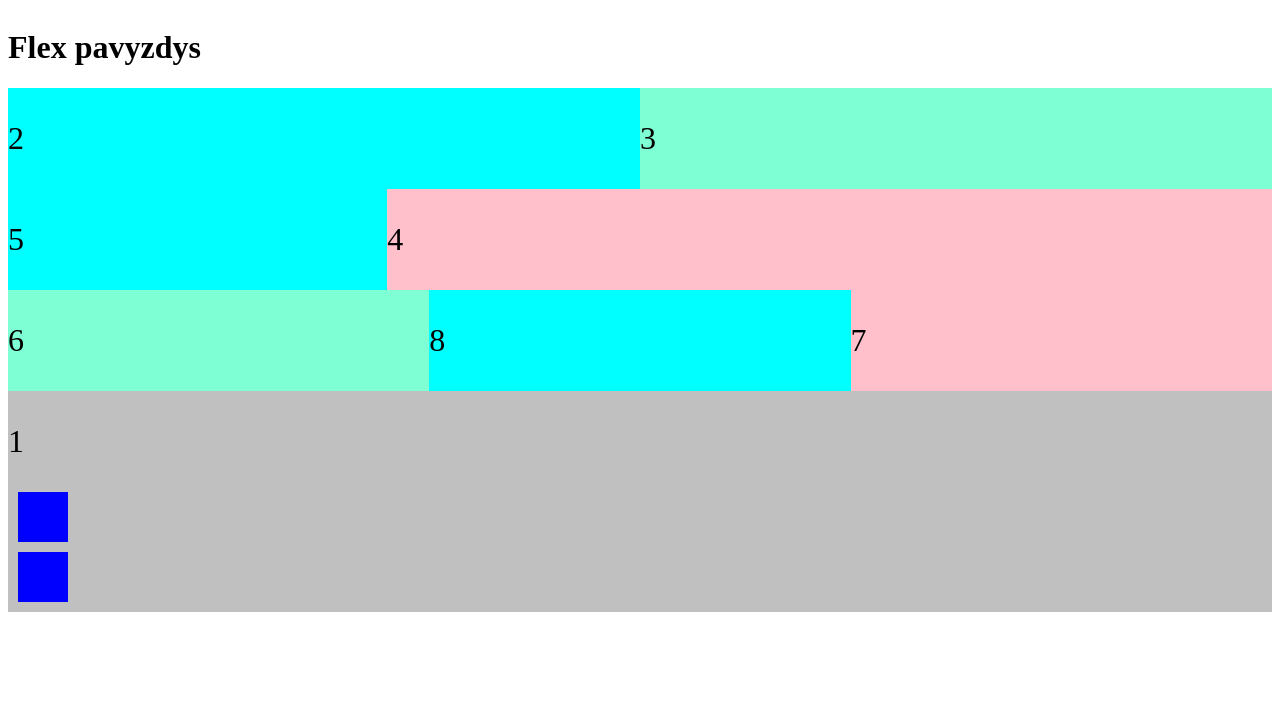
Repository: motiejus1/06-paskaita-invest
Page: index.html
The author's editor kept a copy of each file at every save. The page is drawn from the files as they stood at one save, then again after the next save.
The browser window is 1280 px wide. The pictures show the whole page.

Above is the page before, as saved 2021-06-09 20:08:11.

After the next save:
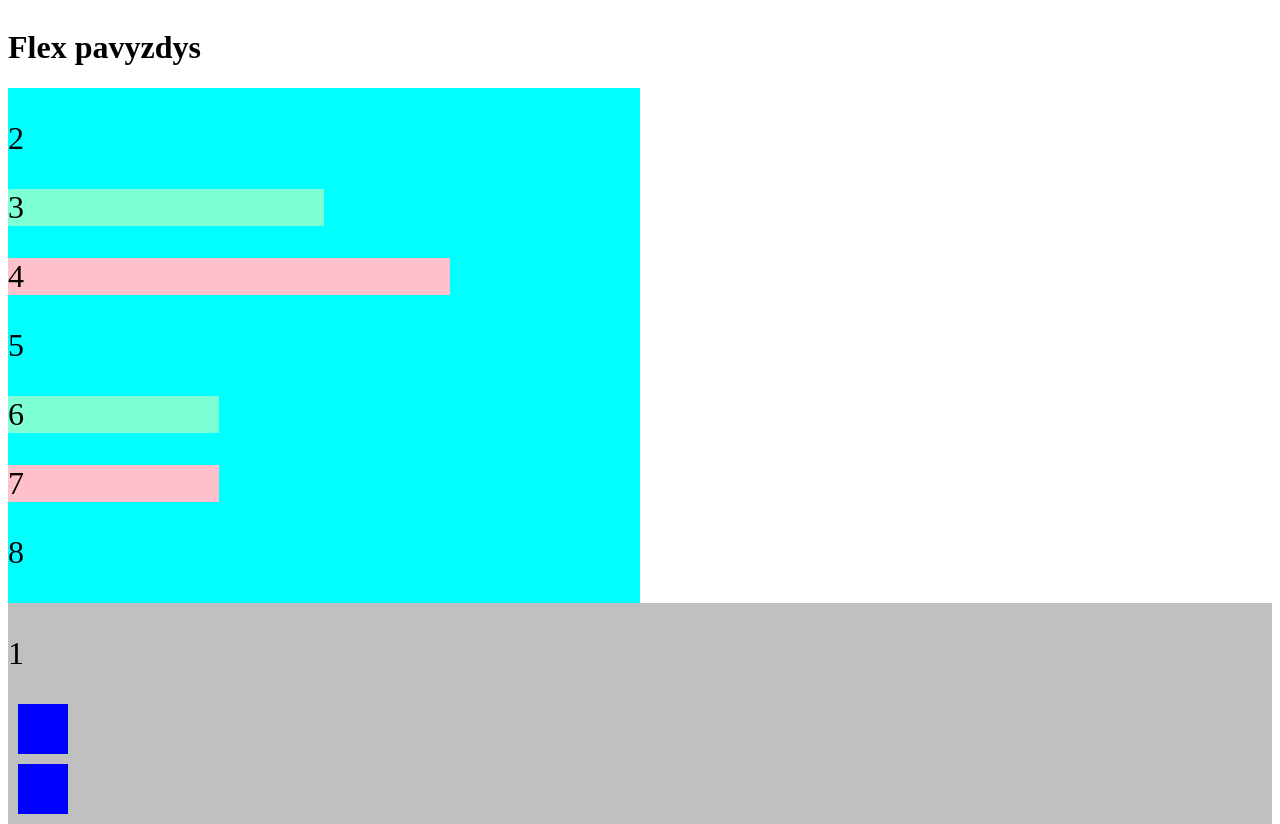
Saved 11 s later.
--- a/index.html
+++ b/index.html
@@ -180,6 +180,7 @@
                     </div>
                     <div class="flex-item-2 zydra">
                         <p>2</p>
+                        <div class=
                     </div>
                     <div class="flex-item-3 zalsva"><p>3</p></div>
                     <div class="flex-item-4 rozine"><p>4</p></div>

After the 2 saves that followed:
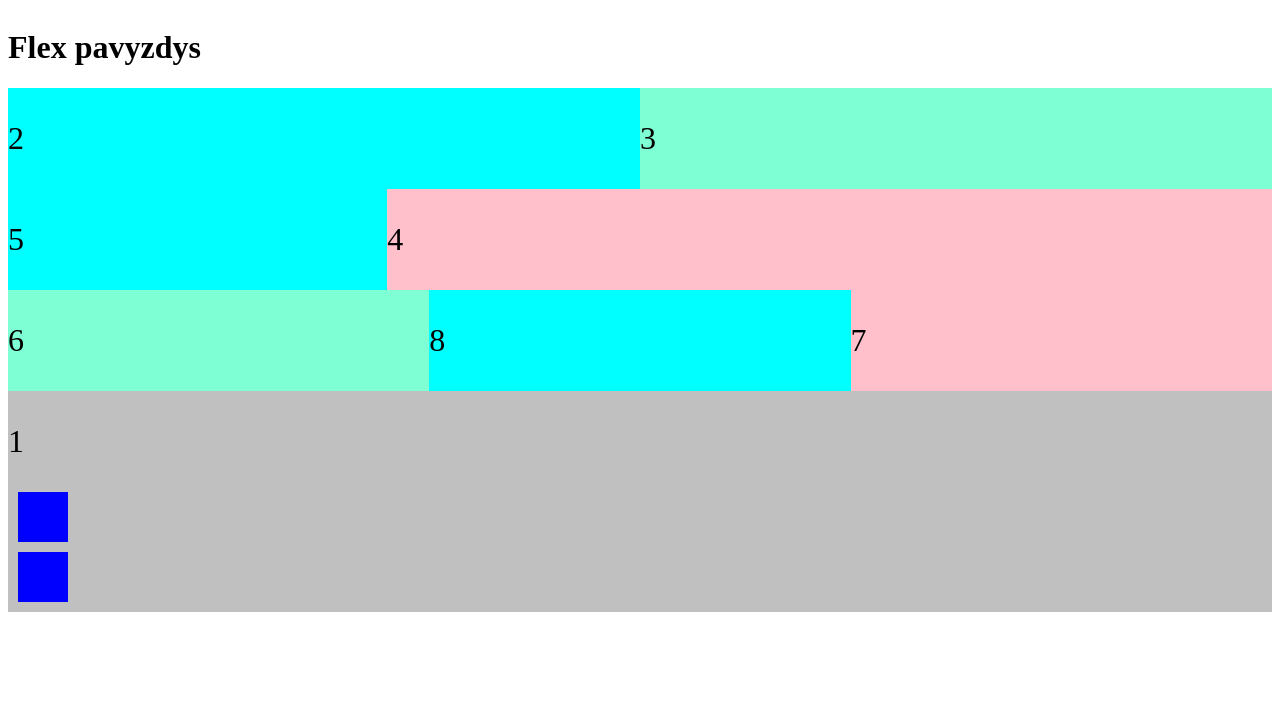
The 2 saves are shown as one change because they came seconds apart.
The last was saved 7 s later.
--- a/index.html
+++ b/index.html
@@ -180,7 +180,9 @@
                     </div>
                     <div class="flex-item-2 zydra">
                         <p>2</p>
-                        <div class=
+                        <div class="flex-container">
+
+                        </div>
                     </div>
                     <div class="flex-item-3 zalsva"><p>3</p></div>
                     <div class="flex-item-4 rozine"><p>4</p></div>
